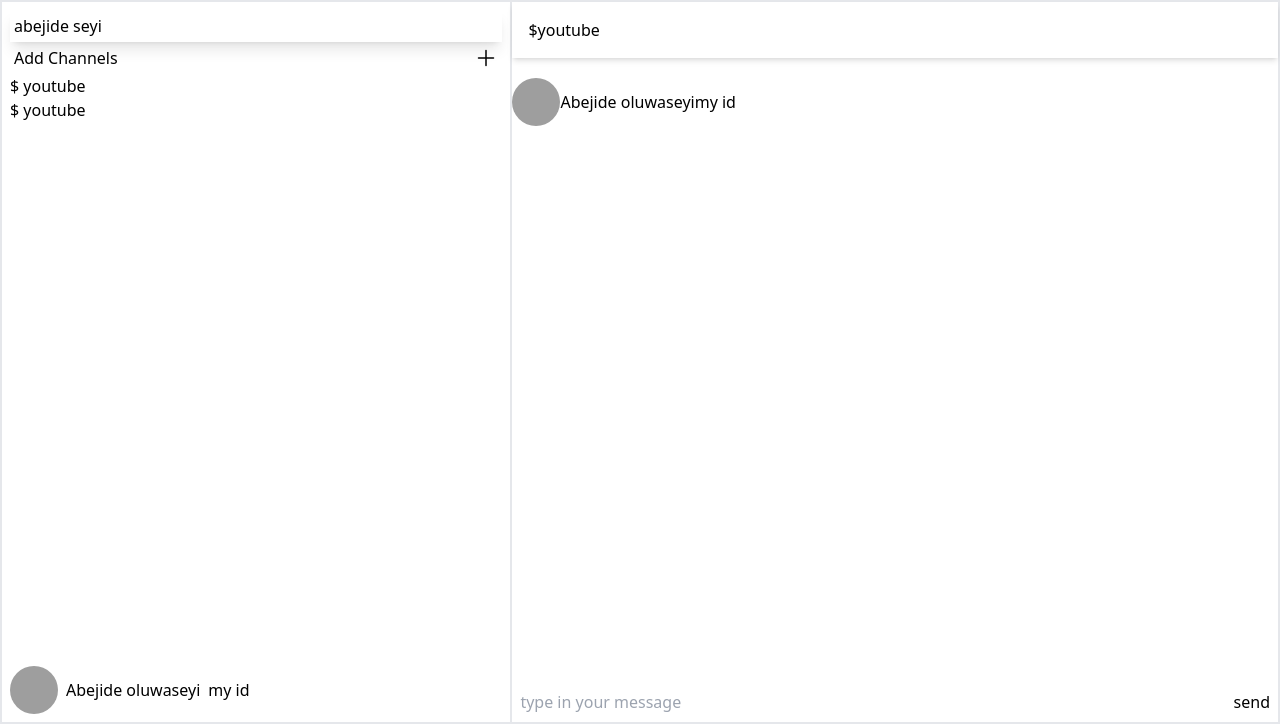
Repository: Semanmernstack/chat-mini
Page: /
The author's editor kept a copy of each file at every save. The page is drawn from the files as they stood at one save, then again after the next save.
The browser window is 1280 px wide. The pictures show the whole page.
Pictures or frames that could not be fetched are drawn as grey boxes. The project was rebuilt for these pictures with package versions that can differ from the ones it lists, and the page was loaded fresh each time. Also part of the build but not shown: src/features/counter/Counter.module.css, src/features/counter/Counter.js.

Above is the page before, as saved 2022-11-14 07:52:35.

After the next save:
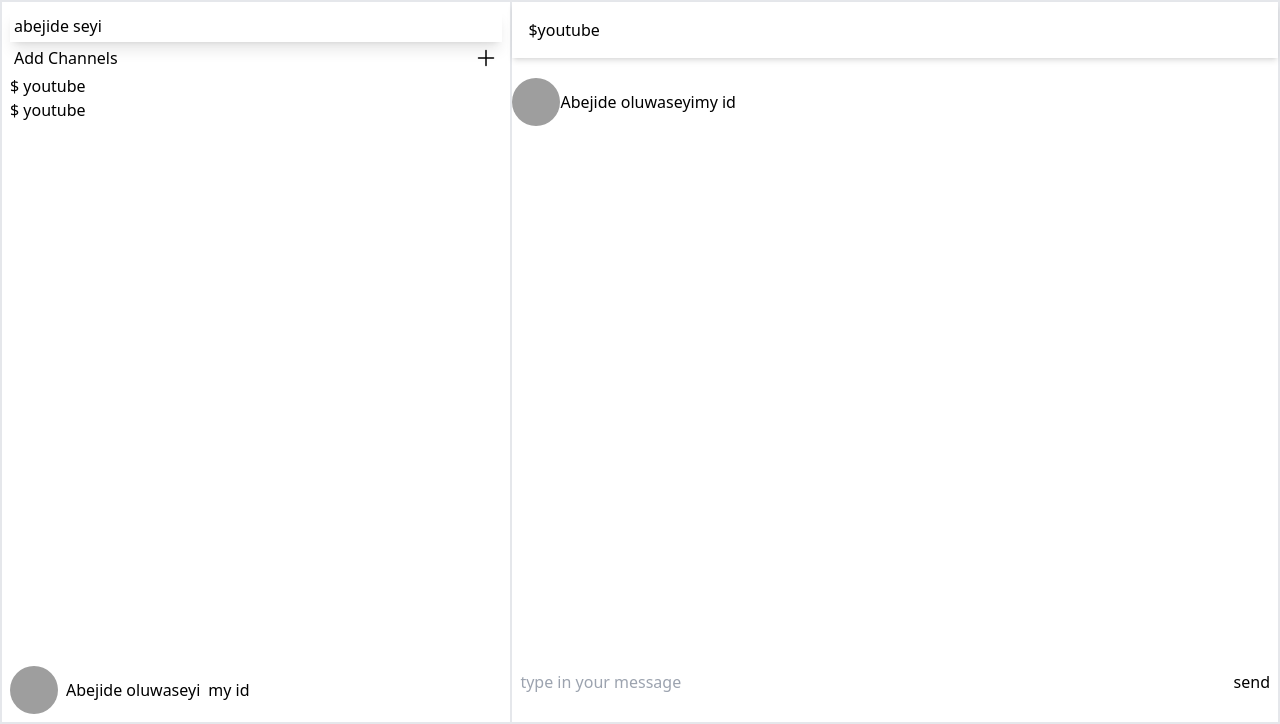
Saved 20 s later.
--- a/src/Body.js
+++ b/src/Body.js
@@ -12,7 +12,7 @@ function Body() {
             <span>my id</span>
         </div>
         </div>
-        <div>
+        <div className="mb-5">
         <form className=" flex p-2">
             <input className="flex-1 w-[100%" type="text" placeholder='type in your message' />
             <button>send</button>
